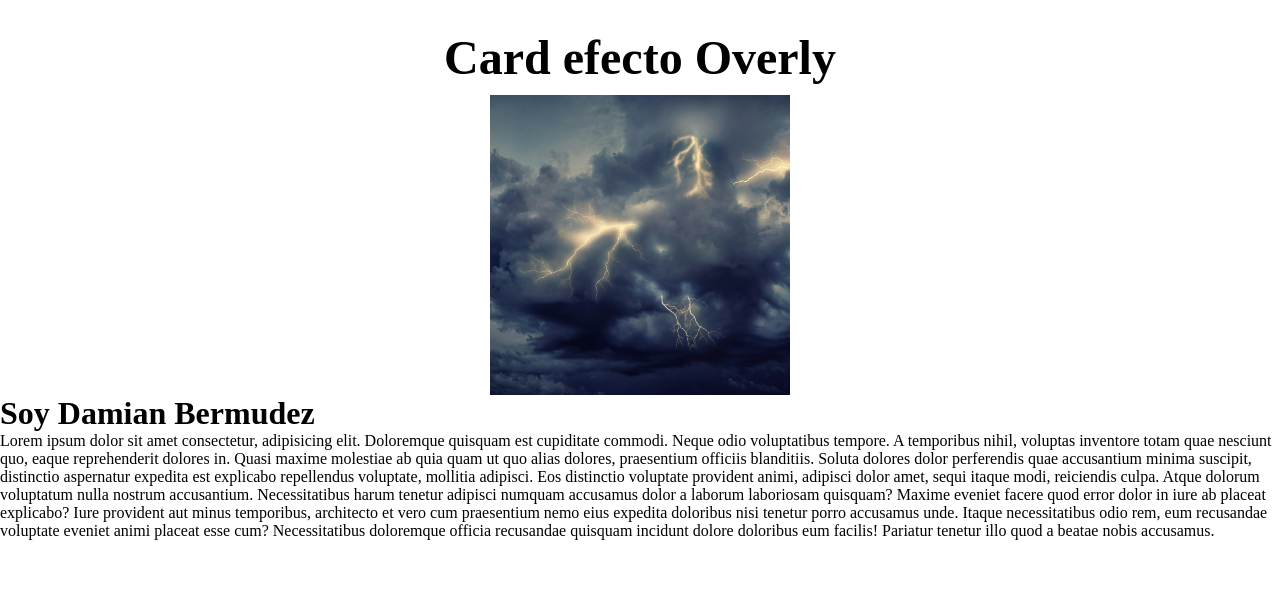
Repository: DamianBermudez94/curso-css3
Page: cardOverly.html
These files come from the project's save history. The page is drawn as it stood at one moment and after the next save; the edit follows.
The browser window is 1280 px wide. The pictures show the whole page.

Above is the page before, as saved 2024-06-20 14:26:35.

After the next save:
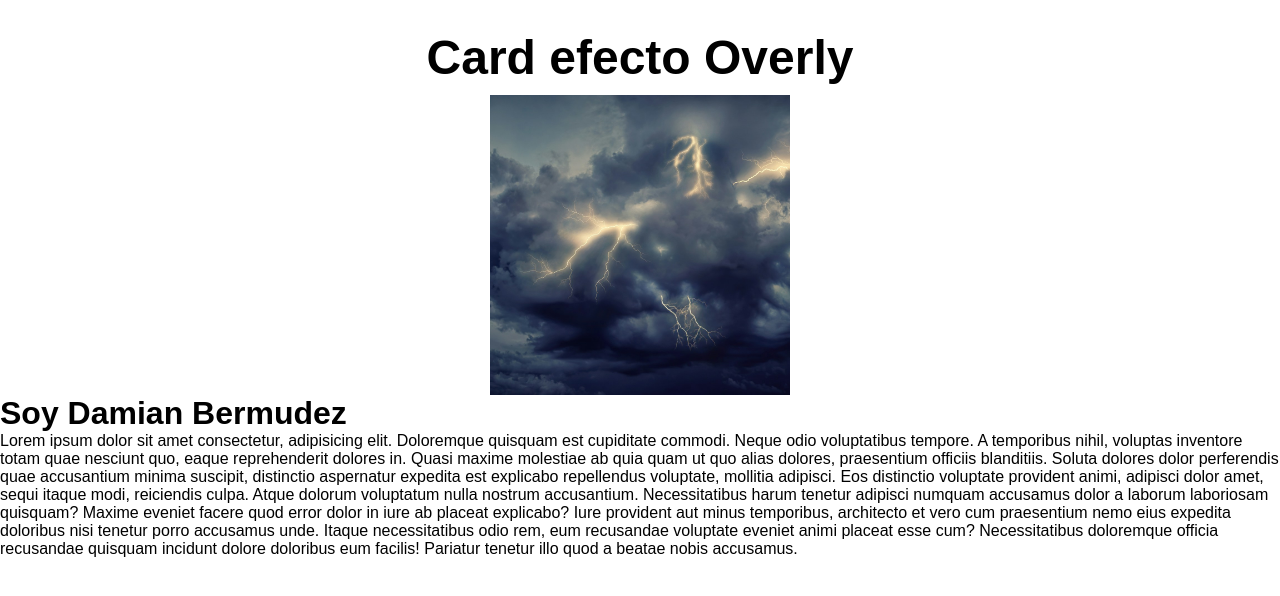
Saved 24 s later.
--- a/cardOverly/estilos.css
+++ b/cardOverly/estilos.css
@@ -2,6 +2,9 @@
     margin: 0;
     padding: 0;
     box-sizing: border-box;
+}
+body{
+    font-family: Arial, Helvetica, sans-serif;
 }
 section{
 
